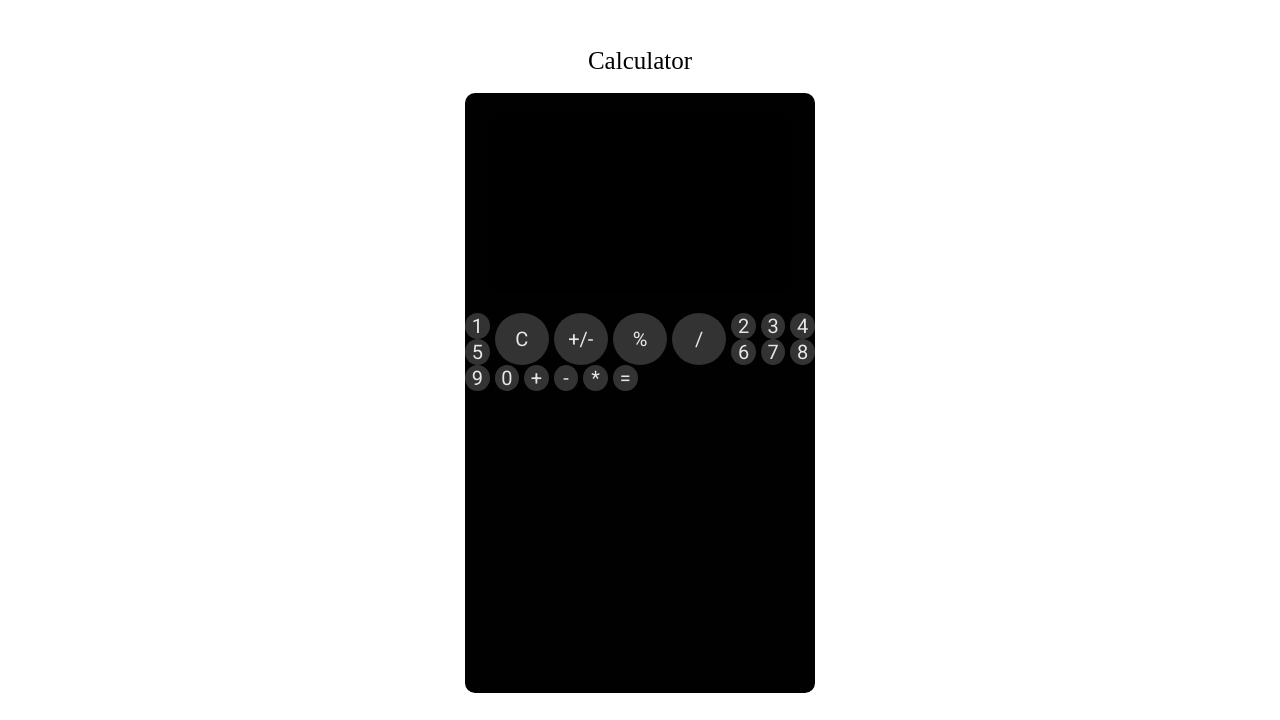
Repository: Gibon9/SimpleCalc
Page: index.html
An editor plug-in stored every save of this project. The page is shown before and after the next save, followed by the edit.
The browser window is 1280 px wide. The pictures show the whole page.
Some web fonts or font styles are not loaded; a fallback is used.

Above is the page before, as saved 2020-11-27 19:08:04.

### index.html
<!DOCTYPE html>
<html lang="en">
  <head>
    <meta charset="UTF-8" />
    <meta name="viewport" content="width=device-width, initial-scale=1.0" />
    <link rel="stylesheet" href="style/reset.css" />
    <link rel="stylesheet" href="style/style.css" />
    <title>Calculator</title>
  </head>

  <body>
    <main class="main">
      <h1 class="title">Calculator</h1>
      <section class="clac">
        <div class="calc-display" id="display"></div>
        <section class="keyboard" id="keyboard">
          <button class="calc-button c-btn" id="clear">C</button>
          <button class="calc-button plus-minus-btn" id="plus-minus">
            +/-
          </button>
          <button class="calc-button percent-btn" id="percent">%</button>
          <button class="calc-button" id="btn1">1</button>
          <button class="calc-button" id="btn2">2</button>
          <button class="calc-button" id="btn3">3</button>
          <button class="calc-button" id="btn4">4</button>
          <button class="calc-button" id="btn5">5</button>
          <button class="calc-button" id="btn6">6</button>
          <button class="calc-button" id="btn7">7</button>
          <button class="calc-button" id="btn8">8</button>
          <button class="calc-button" id="btn9">9</button>
          <button class="calc-button" id="btn0">0</button>
          <button class="calc-button" id="plus">+</button>
          <button class="calc-button" id="minus">-</button>
          <button class="calc-button divide-btn" id="divide">/</button>
          <button class="calc-button" id="multiply">*</button>
          <button class="calc-button" id="equal">=</button>
        </section>
      </section>
    </main>
    <script src="./index.js"></script>
  </body>
</html>

### style/style.css
@import url("https://fonts.googleapis.com/css2?family=Roboto&family=Saira+Stencil+One&display=swap");

:root {
  --background-color: #010101;
  --display-color: black;
  --primary-btn-color: ##a5a5a5;
  --secondary-color: #333333;
  --secondary-btn-color: #fd9624;
  --text-color: #e7e7e7;
}

.calc-display,
.title {
  font-family: "Saira Stencil One", cursive;
}

.calc-button {
  font-family: "Roboto", sans-serif;
}

.main {
  display: flex;
  flex-direction: column;
  justify-content: center;
  align-items: center;
  width: 100vw;
  height: 100vh;
}

.title {
  font-size: 25px;
  margin: 20px 0;
}

.clac {
  width: 350px;
  height: 600px;
  background-color: var(--background-color);
  border-radius: 10px;
}

.calc-display {
  margin: 20px auto;
  width: 300px;
  height: 30%;
  background-color: var(--display-color);
  color: var(--primary-color);
  border-radius: 10px;
  font-size: 40px;
}

.keyboard {
  display: grid;
  grid-template-columns: repeat(12, 1fr);
  grid-template-rows: repeat(12, 1fr);
  column-gap: 5px;
}

.calc-button {
  font-size: 20px;
  color: var(--text-color);
  background-color: var(--secondary-color);
  border-radius: 50%;
  border: none;
}

.c-btn {
  grid-column: 2/4;
  grid-row: 1/3;
}

.plus-minus-btn {
  grid-column: 4/6;
  grid-row: 1/3;
}

.percent-btn {
  grid-column: 6/8;
  grid-row: 1/3;
}

.divide-btn {
  grid-column: 8/10;
  grid-row: 1/3;
}

Loaded but not shown: style/reset.css (common file); index.js (no copy from this time; the picture is the same without it)

After the next save:
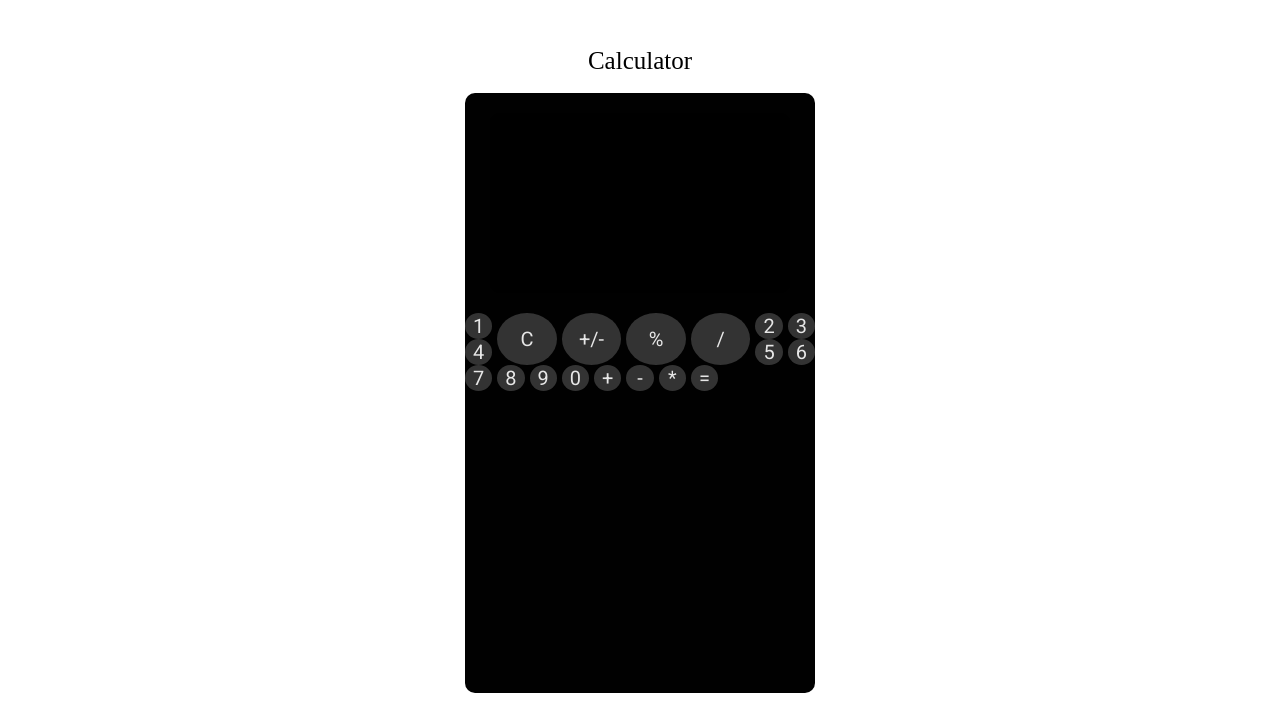
Saved 36 s later.
--- a/style/style.css
+++ b/style/style.css
@@ -51,7 +51,7 @@
 
 .keyboard {
   display: grid;
-  grid-template-columns: repeat(12, 1fr);
+  grid-template-columns: repeat(11, 1fr);
   grid-template-rows: repeat(12, 1fr);
   column-gap: 5px;
 }

After the save that followed:
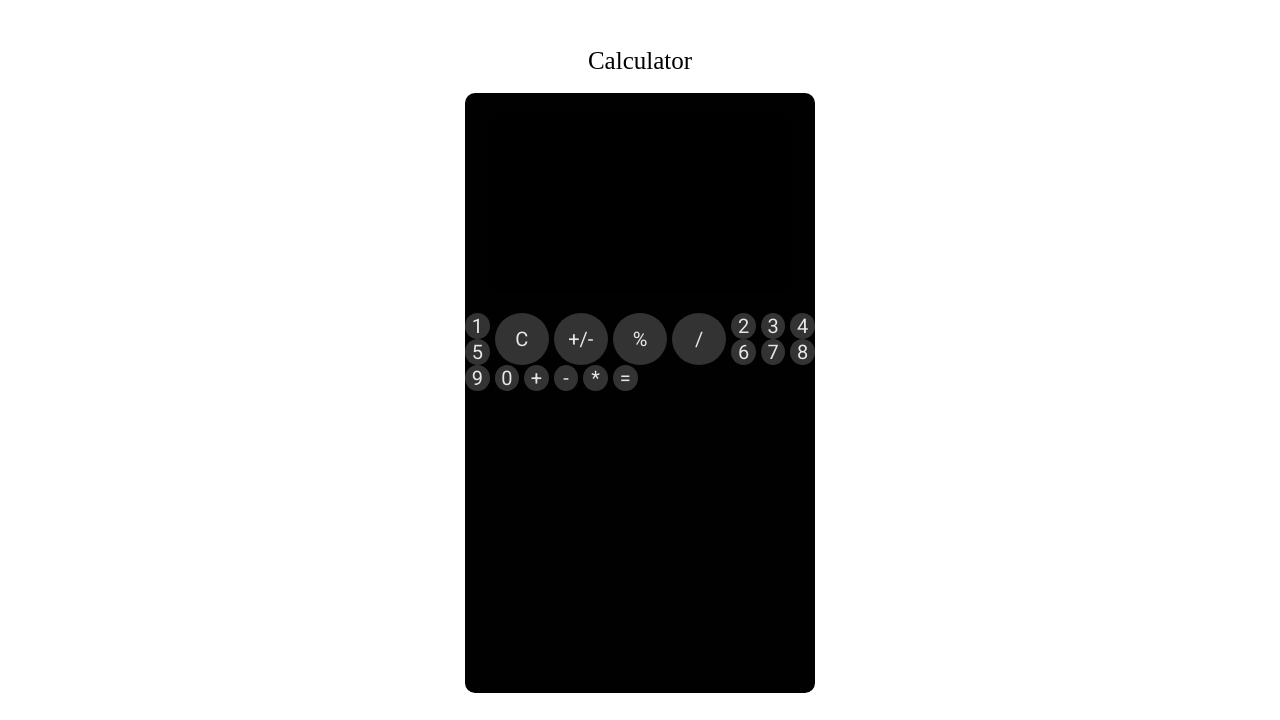
Saved 69 s later.
--- a/style/style.css
+++ b/style/style.css
@@ -51,7 +51,7 @@
 
 .keyboard {
   display: grid;
-  grid-template-columns: repeat(11, 1fr);
+  grid-template-columns: repeat(12, 1fr);
   grid-template-rows: repeat(12, 1fr);
   column-gap: 5px;
 }
